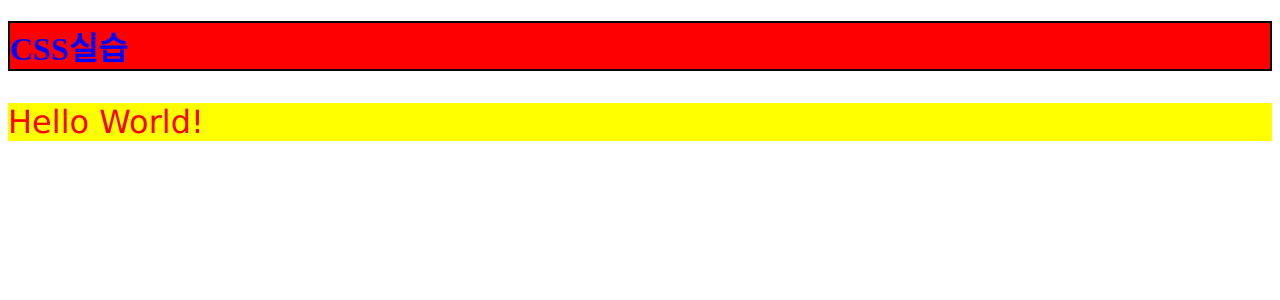
Repository: ashojm/WebWork
Page: Web/first.html
An editor plug-in stored every save of this project. The page is shown before and after the next save, followed by the edit.
The browser window is 1280 px wide. The pictures show the whole page.

Above is the page before, as saved 2015-11-12 16:13:27.

After the next save:
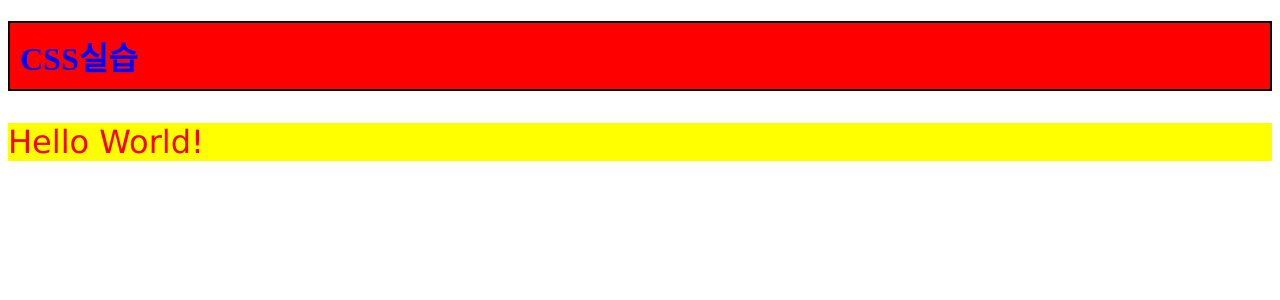
Saved 5 s later.
--- a/Web/css/base.css
+++ b/Web/css/base.css
@@ -1,2 +1,2 @@
-h1{color:#0000FF;font-family:serif;font-size:200%;background-color:red;border:2px solid black;padding:0px}
+h1{color:#0000FF;font-family:serif;font-size:200%;background-color:red;border:2px solid black;padding:10px}
 p {color:red;font-size:200%;font-family:Verdana;background-color:yellow}
